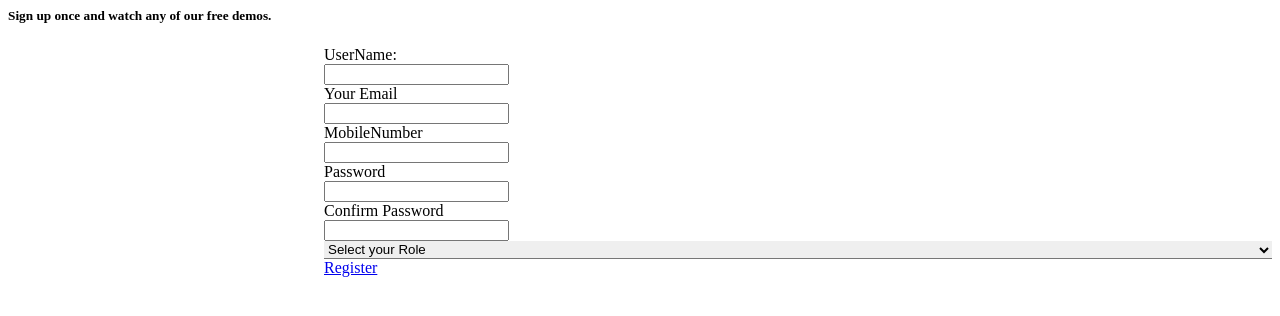
Repository: SUPRIGA/SecondProject
Page: CollaborationFrontEnd/src/main/webapp/user/register.html
These files come from the project's save history. The page is drawn as it stood at one moment and after the next save; the edit follows.
The browser window is 1280 px wide. The pictures show the whole page.

Above is the page before, as saved 2017-01-16 08:49:21.

After the next save:
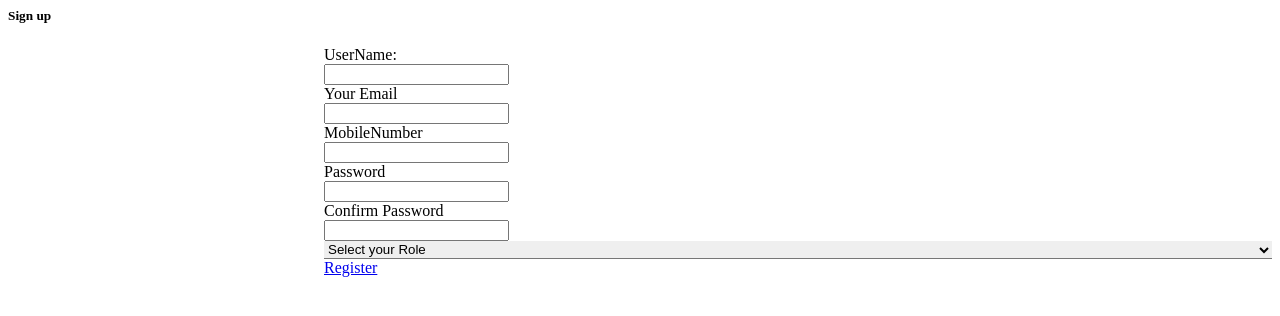
Saved 3 min 56 s later.
--- a/CollaborationFrontEnd/src/main/webapp/user/register.html
+++ b/CollaborationFrontEnd/src/main/webapp/user/register.html
@@ -135,7 +135,7 @@
 
 			<div class="row main">
 				<div class="main-login main-center">
-				<h5>Sign up once and watch any of our free demos.</h5>
+				<h5>Sign up</h5>
 					 <form ng-submit="ctrl.submit()" method="post" style="margin-left: 25%;" name="myForm">
 
 						<div class="form-group">
